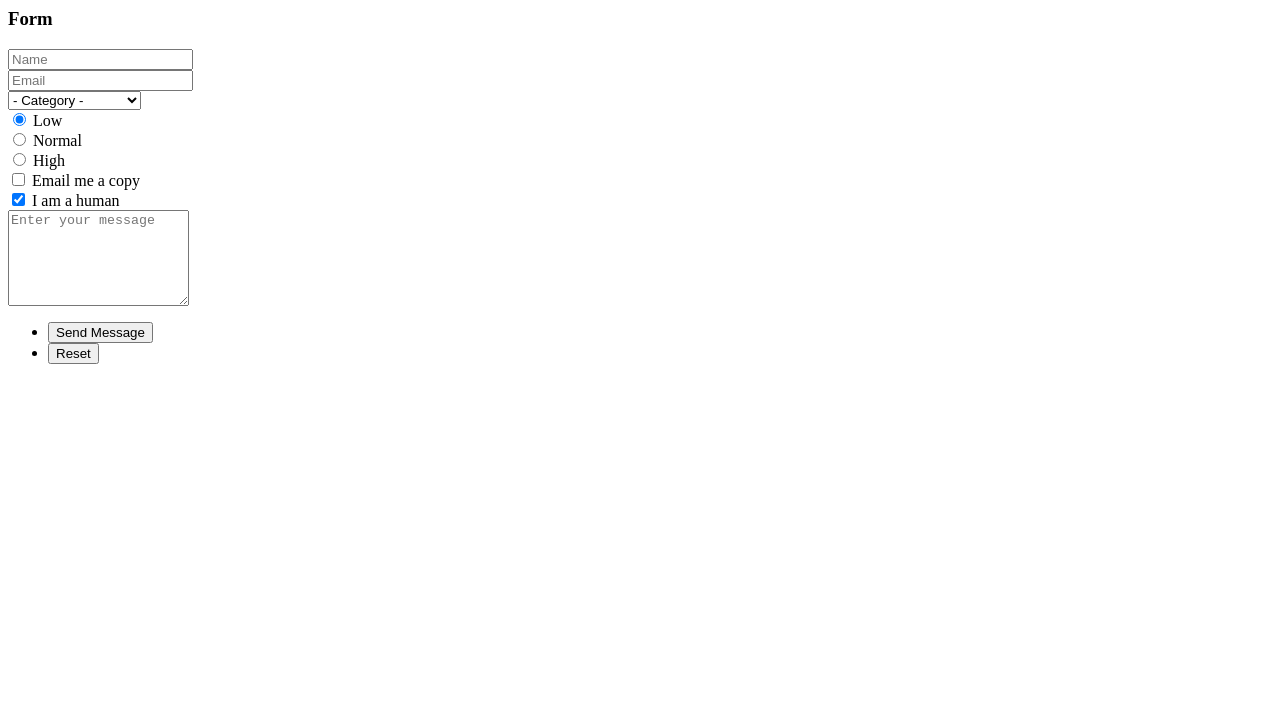
Repository: noCountJun/blog
Page: http://localhost/blogProject2/WEB-INF/views/login/loginForm.jsp
An editor plug-in stored every save of this project. The page is shown before and after the next save, followed by the edit.
The browser window is 1280 px wide. The pictures show the whole page.
Some web libraries are served in a nearby version. The page is served by Tomcat 9. Nobody is signed in. Other server files are loaded and not shown. The template is opened directly, without the code that normally fills it, so the values that code supplies are empty.

Above is the page before, as saved 2019-09-03 07:43:44.

### blogProject2/src/main/webapp/WEB-INF/views/login/loginForm.jsp
<%@ page contentType="text/html; charset=utf-8" pageEncoding="utf-8"%>
<%@ taglib uri="http://java.sun.com/jsp/jstl/core" prefix="c" %>
<%@ page session="false" %>
<script src="https://code.jquery.com/jquery-1.10.2.js"></script>

	<h3>Form</h3>

		<form method="post" action="#">
			<div class="row gtr-uniform">
				<div class="col-6 col-12-xsmall">
					<input type="text" name="demo-name" id="demo-name" value="" placeholder="Name" />
				</div>
				<div class="col-6 col-12-xsmall">
					<input type="email" name="demo-email" id="demo-email" value="" placeholder="Email" />
				</div>
				<!-- Break -->
				<div class="col-12">
					<select name="demo-category" id="demo-category">
						<option value="">- Category -</option>
						<option value="1">Manufacturing</option>
						<option value="1">Shipping</option>
						<option value="1">Administration</option>
						<option value="1">Human Resources</option>
					</select>
				</div>
				<!-- Break -->
				<div class="col-4 col-12-small">
					<input type="radio" id="demo-priority-low" name="demo-priority" checked>
					<label for="demo-priority-low">Low</label>
				</div>
				<div class="col-4 col-12-small">
					<input type="radio" id="demo-priority-normal" name="demo-priority">
					<label for="demo-priority-normal">Normal</label>
				</div>
				<div class="col-4 col-12-small">
					<input type="radio" id="demo-priority-high" name="demo-priority">
					<label for="demo-priority-high">High</label>
				</div>
				<!-- Break -->
				<div class="col-6 col-12-small">
					<input type="checkbox" id="demo-copy" name="demo-copy">
					<label for="demo-copy">Email me a copy</label>
				</div>
				<div class="col-6 col-12-small">
					<input type="checkbox" id="demo-human" name="demo-human" checked>
					<label for="demo-human">I am a human</label>
				</div>
				<!-- Break -->
				<div class="col-12">
					<textarea name="demo-message" id="demo-message" placeholder="Enter your message" rows="6"></textarea>
				</div>
				<!-- Break -->
				<div class="col-12">
					<ul class="actions">
						<li><input type="submit" value="Send Message" class="primary" /></li>
						<li><input type="reset" value="Reset" /></li>
					</ul>
				</div>
			</div>
		</form>

After the next save:
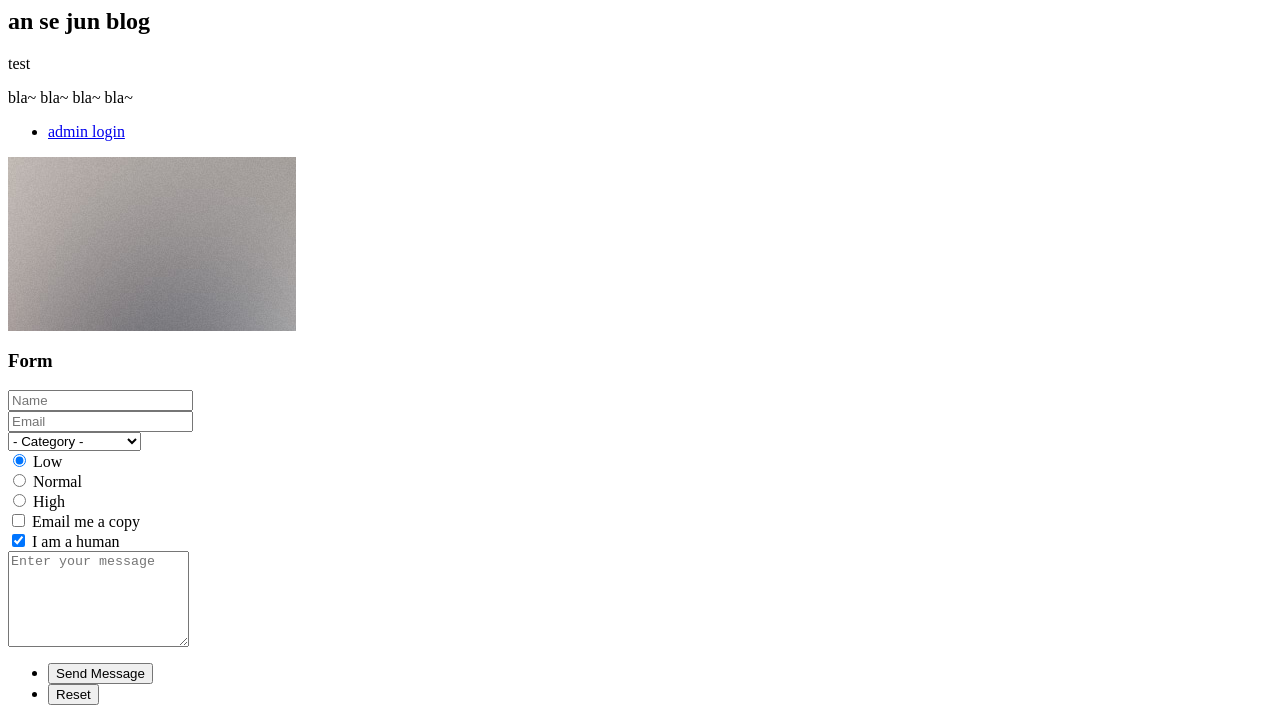
Saved 114 s later.
--- a/blogProject2/src/main/webapp/WEB-INF/views/login/loginForm.jsp
+++ b/blogProject2/src/main/webapp/WEB-INF/views/login/loginForm.jsp
@@ -2,7 +2,23 @@
 <%@ taglib uri="http://java.sun.com/jsp/jstl/core" prefix="c" %>
 <%@ page session="false" %>
 <script src="https://code.jquery.com/jquery-1.10.2.js"></script>
-
+			<section id="banner">
+						<div class="content">
+							<header>
+								<h1>an se jun blog </h1>
+								<p> test</p>
+							</header>
+							<p>bla~ bla~ bla~ bla~ </p>
+							<ul class="actions">
+								<li>
+									<a href="/login/loginForm" class="button big">admin login</a>
+								</li>
+							</ul>
+						</div>
+						<span class="image object">
+							<img src="/resources/images/pic07.jpg" alt="" />
+						</span>
+					</section>
 	<h3>Form</h3>
 
 		<form method="post" action="#">
